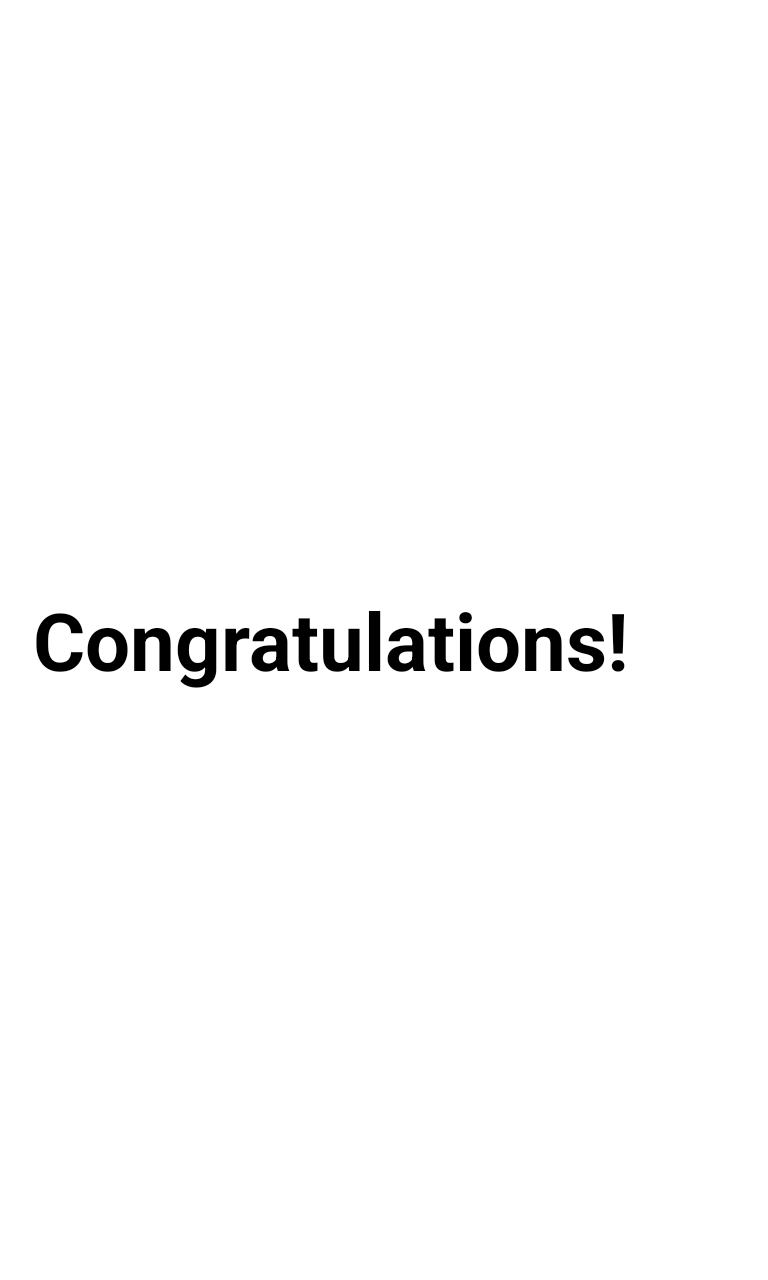
Repository: AGNT/Mobile_application_SU13
Layout: android/Locate/res/layout/activity_final_points.xml
These files come from the project's save history. The layout is drawn as it stood at one moment and after the next save; the edit follows.
It is drawn on a 768 x 1280 px phone screen (xhdpi) without system bars, with theme AppTheme; the app's code is not run.

Above is the layout before, as saved 2013-08-11 02:48:57.

After the next save:
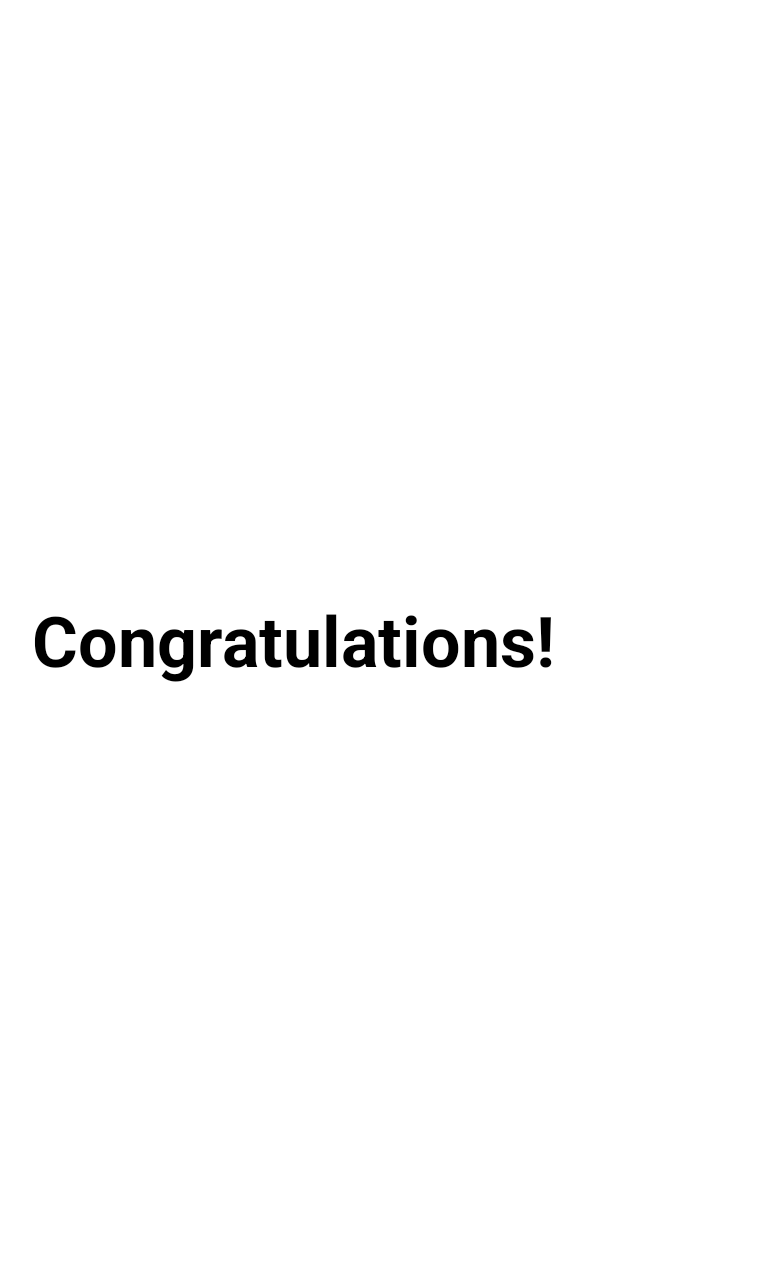
Saved 10 s later.
--- a/android/Locate/res/layout/activity_final_points.xml
+++ b/android/Locate/res/layout/activity_final_points.xml
@@ -16,7 +16,7 @@
         android:text="Congratulations!"
         android:textAppearance="?android:attr/textAppearanceLarge"
         android:textColor="#000000"
-        android:textSize="40sp"
+        android:textSize="35sp"
         android:textStyle="bold" />
 
 </LinearLayout>
